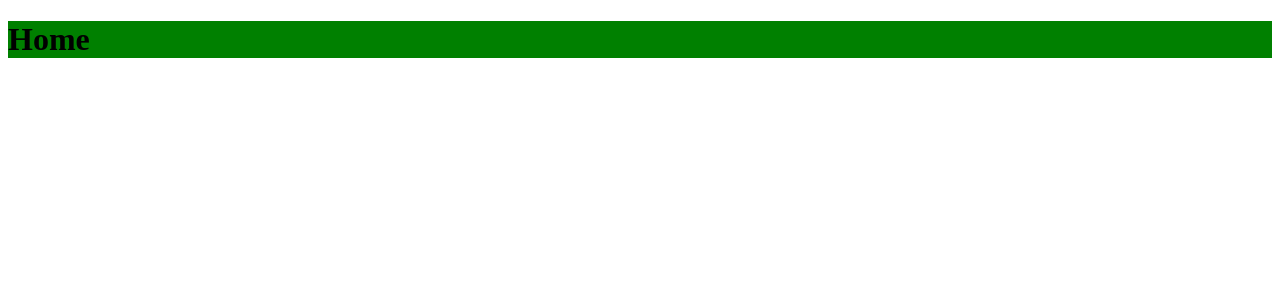
Repository: malkamu/Netflix-Clone2024
Page: / (app in NETFLIX/)
The author's editor kept a copy of each file at every save. The page is drawn from the files as they stood at one save, then again after a run of saves.
The browser window is 1280 px wide. The pictures show the whole page.
The project was rebuilt for these pictures with package versions that can differ from the ones it lists, and the page was loaded fresh each time. Also part of the build but not shown: NETFLIX/vite.config.js, NETFLIX/src/index.css.

Above is the page before, as saved 2024-11-11 20:55:19.

### NETFLIX/src/App.jsx
import './App.css'
import Home from './Home/Home';
function App() {

  return (
    <>
      <h1 className='app'>
      <Home/>
      </h1>

    </>
  )
}

export default App

### NETFLIX/src/App.css
.app top {
    margin: 0;
    padding:0;
}
.app{
    background-color: green;
}

### NETFLIX/src/Home/Home.jsx
import React from 'react'

function Home() {
  return (
    <div className='header'>
    Home
    </div>
  )
}

export default Home;

### NETFLIX/src/Components/Header/Header.jsx
import React from 'react'

function Header() {
  return (
    <div>Header</div>
  )
}

export default Header;

Loaded but not shown: NETFLIX/index.html (common file); NETFLIX/src/main.jsx (common file)

After the next 6 saves:
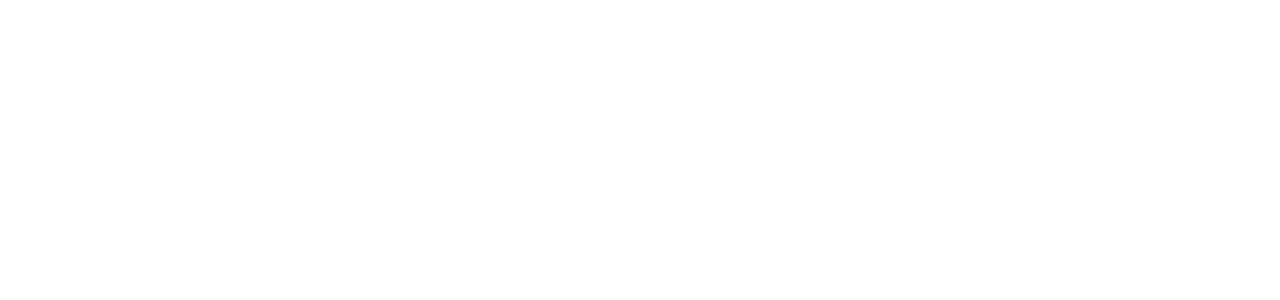
Console error: ReferenceError: Header is not defined
The 6 saves are shown as one change because 1 did not build or start and some came seconds apart.
The last was saved 18 s later.
--- a/NETFLIX/src/Home/Home.jsx
+++ b/NETFLIX/src/Home/Home.jsx
@@ -3,7 +3,7 @@
 function Home() {
   return (
     <div className='header'>
-    Home
+   <Header/>
     </div>
   )
 }

After the 5 saves that followed:
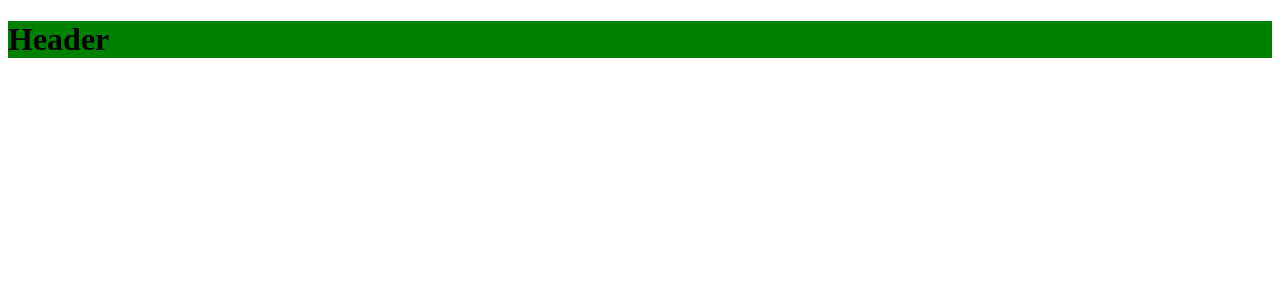
The error is gone.
The 5 saves are shown as one change because they came seconds apart.
The last was saved 33 s later.
--- a/NETFLIX/src/Home/Home.jsx
+++ b/NETFLIX/src/Home/Home.jsx
@@ -1,4 +1,5 @@
 import React from 'react'
+import Header from '../Components/Header/Header';
 
 function Home() {
   return (
